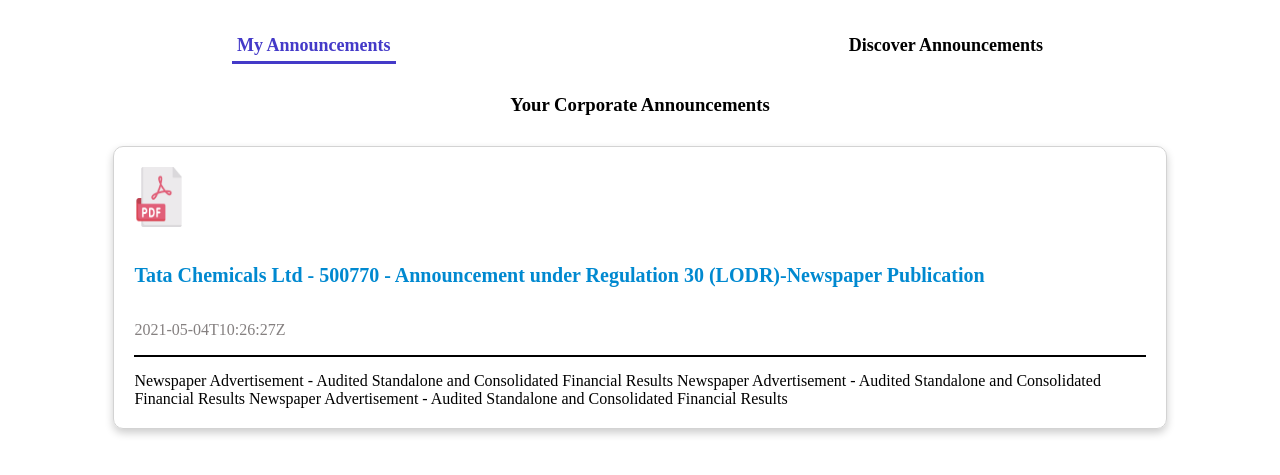
Repository: bhumikagohil/announcements
Page: announcements_tabs/index.html
These files come from the project's save history. The page is drawn as it stood at one moment and after the next save; the edit follows.
The browser window is 1280 px wide. The pictures show the whole page.
The page's requests for data from a server got no answer.

Above is the page before, as saved 2021-05-13 14:05:10.

After the next save:
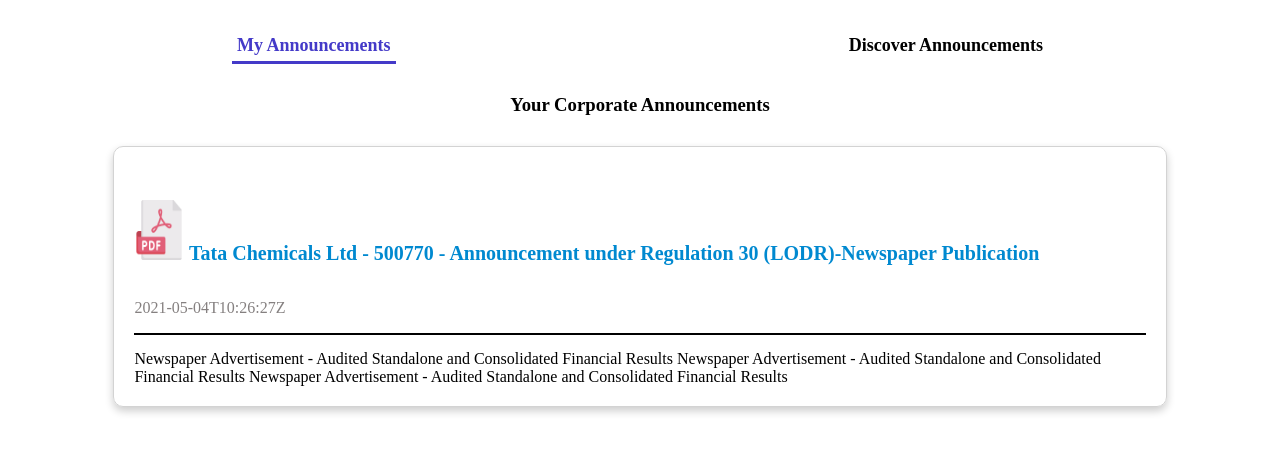
Saved 10 s later.
--- a/announcements_tabs/index.html
+++ b/announcements_tabs/index.html
@@ -35,10 +35,11 @@
                     margin: auto;
                     margin-bottom: 10px;">
 
-                       <img src="pdf.png" alt="Link" width="50" height="60">
 
                        <h5 class="title" style="    font-size: 1.25rem;
                         ">
+                                               <img src="pdf.png" alt="Link" width="50" height="60">
+
                             Tata Chemicals Ltd - 500770 - Announcement under Regulation 30 (LODR)-Newspaper Publication
                         </h5>
                         <p class="time">
